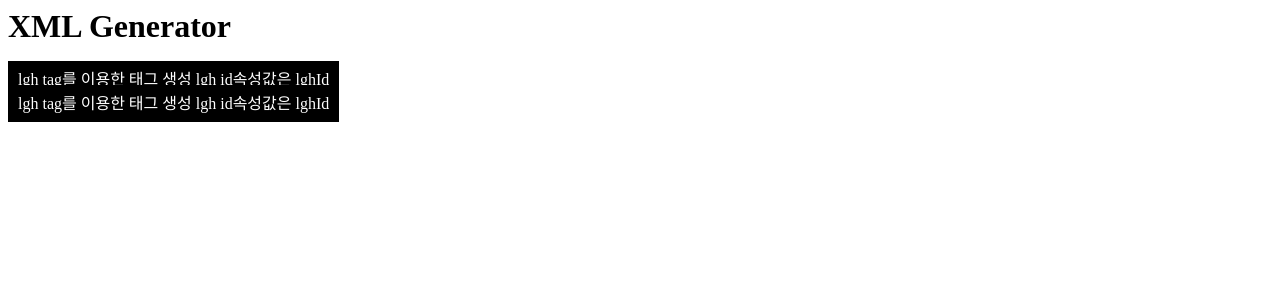
Repository: gh-56/jsp_workspace_al
Page: http://localhost/12_template_page/xml.jsp
The author's editor kept a copy of each file at every save. The page is drawn from the files as they stood at one save, then again after the next save.
The browser window is 1280 px wide. The pictures show the whole page.
The page is served by Tomcat 9.

Above is the page before, as saved 2023-10-18 02:31:19.

### 12_template_page/src/main/webapp/xml.jsp
<%@ page language="java" contentType="text/html; charset=UTF-8"
    pageEncoding="UTF-8"%>
<style>
	lgh{
		padding: 10px;
	}
	#lghId{
		color:white;
	}
	.lghClass{
		background:black;
	}
</style>
<!-- xml.jsp -->
<h1>XML Generator</h1>
<!-- custom tag 추가 -->
<jsp:element name="lgh">
	<jsp:attribute name="id">
		lghId
	</jsp:attribute>
	<jsp:attribute name="class">
		lghClass
	</jsp:attribute>
	<jsp:body>
		lgh tag를 이용한 태그 생성 lgh id속성값은 lghId
	</jsp:body>
</jsp:element>
<br/>
<lgh id="lghId" class="lghClass">
	lgh tag를 이용한 태그 생성 lgh id속성값은 lghId
</lgh>

After the next save:
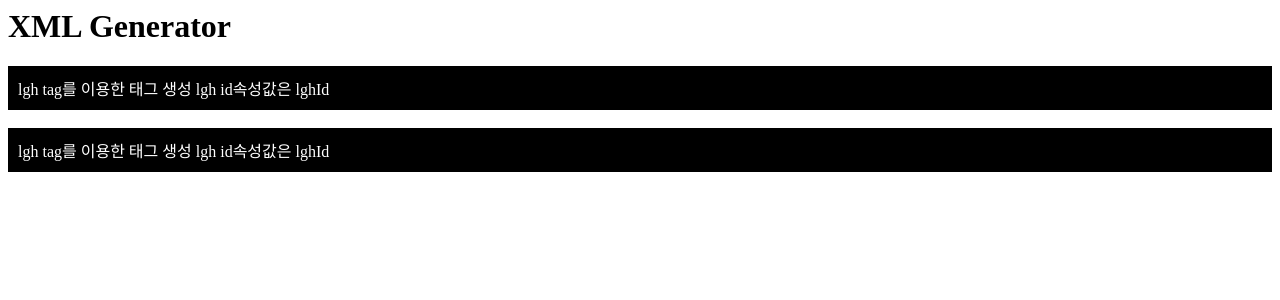
Saved 7 s later.
--- a/12_template_page/src/main/webapp/xml.jsp
+++ b/12_template_page/src/main/webapp/xml.jsp
@@ -3,6 +3,7 @@
 <style>
 	lgh{
 		padding: 10px;
+		display:block;
 	}
 	#lghId{
 		color:white;
